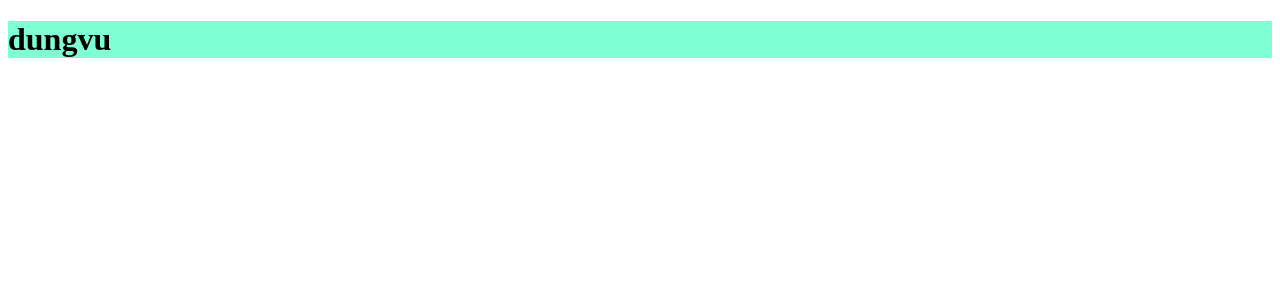
Repository: dungvu2612/python
Page: index.html
These files come from the project's save history. The page is drawn as it stood at one moment and after a run of saves; the edit follows.
The browser window is 1280 px wide. The pictures show the whole page.

Above is the page before, as saved 2022-12-08 00:36:16.

### index.html
<!DOCTYPE html>
<html lang="en">
<head>
    <meta charset="UTF-8">
    <meta http-equiv="X-UA-Compatible" content="IE=edge">
    <meta name="viewport" content="width=device-width, initial-scale=1.0">
    <title>Document</title>
    <style>
div{
    background-color: aquamarine;
    align-items: center;
    justify-content: center;
}
h1{
}
    </style>
</head>

<body>
    <div>
        <h1>
            dungvu
        </h1>
    </div>
</body>
</html>

After the next 3 saves:
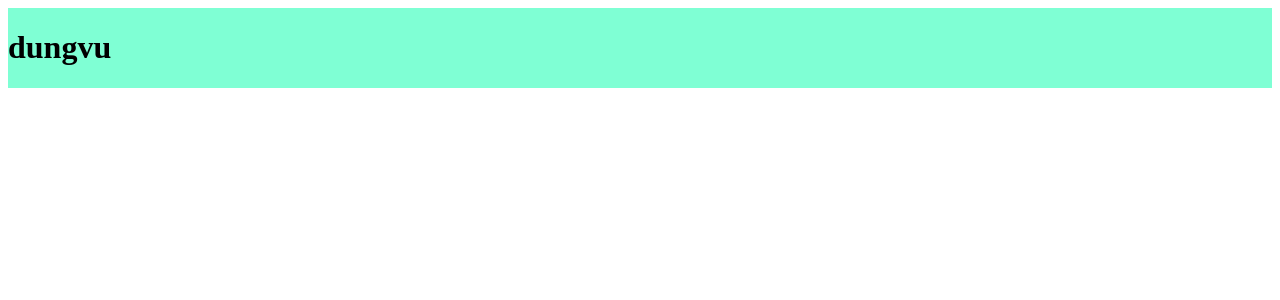
The 3 saves are shown as one change because they came seconds apart.
The last was saved 27 s later.
--- a/index.html
+++ b/index.html
@@ -8,8 +8,8 @@
     <style>
 div{
     background-color: aquamarine;
-    align-items: center;
-    justify-content: center;
+    display: flex;
+
 }
 h1{
 }
